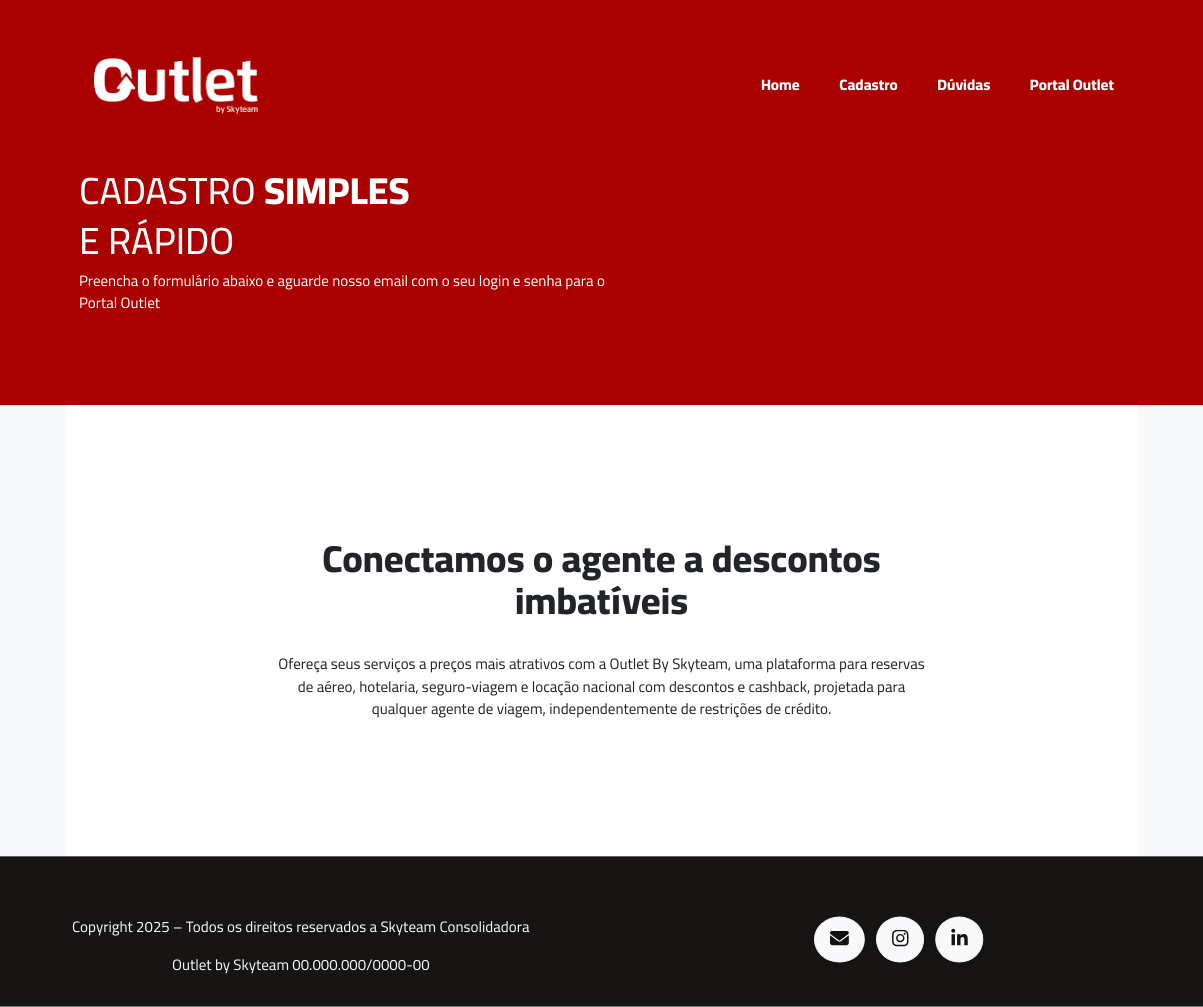
Repository: SkyTeam-Dev/Outlet_Site
Page: Site/Template_Page.html
An editor plug-in stored every save of this project. The page is shown before and after the next save, followed by the edit.
The browser window is 1280 px wide. The pictures show the whole page, at 94% of full size.
Some web libraries are served in a nearby version.

Above is the page before, as saved 2025-03-25 13:50:42.

After the next save:
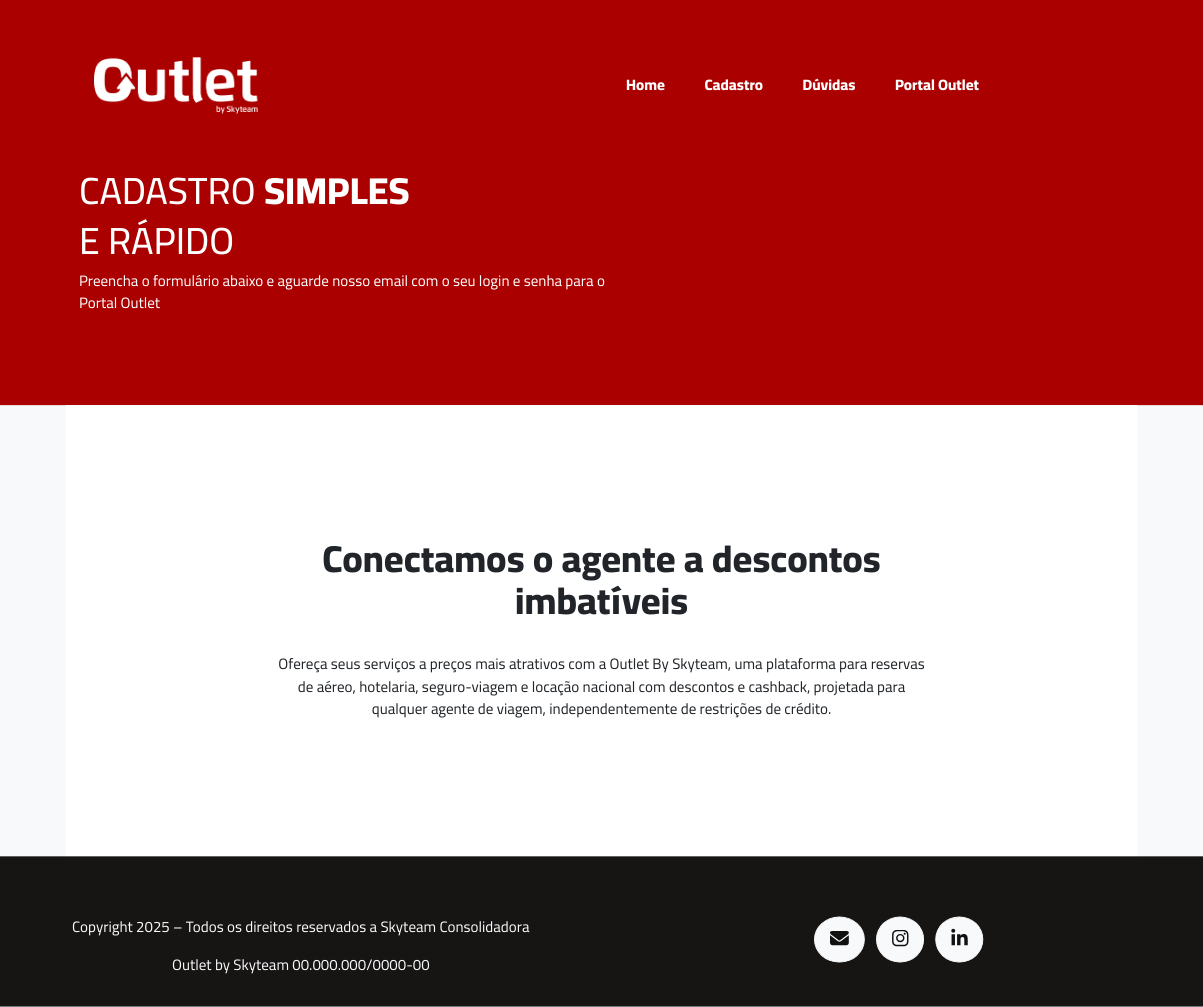
Saved 58 s later.
--- a/Site/Template_Page.html
+++ b/Site/Template_Page.html
@@ -124,8 +124,7 @@
     <!-- CSS -->
     <link rel="stylesheet"
         href="https://cdn.jsdelivr.net/npm/@fortawesome/fontawesome-free@6.7.2/css/fontawesome.min.css">
-    <link rel="stylesheet" href="https://cdn.jsdelivr.net/npm/bootstrap@4.6.0/dist/css/bootstrap.css">
-    <link rel="stylesheet" href="Templates/Default/CSS/bootstrap.css">
+        <link rel="stylesheet" href="Templates/Default/CSS/bootstrap.css">
     <link rel="stylesheet" href="Templates/Default/CSS/Site.css">
 
     <link rel="stylesheet" href="https://cdn.jsdelivr.net/npm/slick-carousel@1.8.1/slick/slick.css" />
